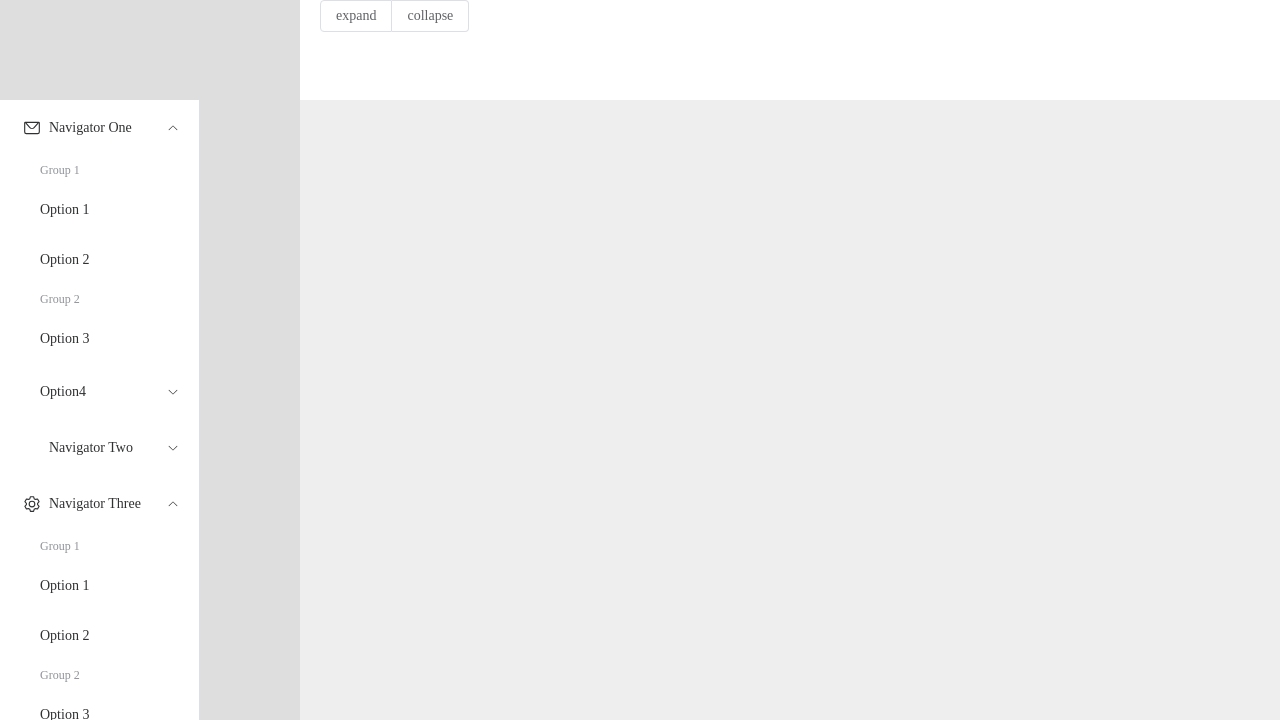
Repository: secret47/test-office-demo
Page: /dashboard
The author's editor kept a copy of each file at every save. The page is drawn from the files as they stood at one save, then again after the next save.
The browser window is 1280 px wide. The pictures show the whole page.
The project was rebuilt for these pictures with package versions that can differ from the ones it lists, and the page was loaded fresh each time. Also part of the build but not shown: vite.config.js, src/layouts/components/menu.vue.

Above is the page before, as saved 2024-10-28 16:41:07.

### src/main.js
import { createApp } from 'vue'
import '@/style/main.scss'
import App from './App.vue'
import router from './router'

import lang from "./local"


import ElementPlus from "element-plus";
import 'element-plus/dist/index.css'
import * as ElementPlusIconsVue from '@element-plus/icons-vue'

const app = createApp(App);

for (const [key, component] of Object.entries(ElementPlusIconsVue)) {
    app.component(key, component)
}

app.use(lang)
app.use(ElementPlus)
app.use(router)
app.mount('#app')

### src/style/main.scss
* {
    padding: 0;
    margin: 0;
}

html,
body {
    width: 100%;
    height: 100%;
    background: #ffffff;
}

#app {
    width: 100%;
    height: 100%;
}

### src/App.vue
<template>
  <!-- <div> -->
    <router-view />
  <!-- </div> -->
</template>

### src/router/index.js
import { createRouter, createWebHistory } from 'vue-router'
import layouts from "../layouts/index.vue"

const routes = [
    {
        path: '/',
        name: 'Login',
        component: () => import('@/views/login.vue'),
    },
    // 其他路由...
    {
        path: "/dashboard",
        name: "Dashboard",
        component: layouts,
        meta: {
            title: "控制中心"
        },
        children: [
            {
                path: "/",
                name: "basic",
                meta: {
                    title: "基础管理"
                },
                component: () => import("@/views/dashboard/basic/index.vue")

            }
        ]
    }
]

const router = createRouter({
    history: createWebHistory(),
    routes
})

export default router

### src/local/index.js
import { createI18n } from "vue-i18n";

import message from "./language"
const i18n = createI18n({
    locale: "zh",
    fallbackLocale: "zh",
    messages: message
})

export default i18n;

### src/layouts/index.vue
<template>
    <div class="layout">
        <el-container>
            <el-aside width="300px" class="side">
                <div class="logo"></div>
                <el-menu class="menu" :default-openeds="['1', '3']" :collapse="isCollapse">
                    <el-sub-menu index="1">
                        <template #title>
                            <el-icon>
                                <message />
                            </el-icon>Navigator One
                        </template>
                        <el-menu-item-group>
                            <template #title>Group 1</template>
                            <el-menu-item index="1-1">Option 1</el-menu-item>
                            <el-menu-item index="1-2">Option 2</el-menu-item>
                        </el-menu-item-group>
                        <el-menu-item-group title="Group 2">
                            <el-menu-item index="1-3">Option 3</el-menu-item>
                        </el-menu-item-group>
                        <el-sub-menu index="1-4">
                            <template #title>Option4</template>
                            <el-menu-item index="1-4-1">Option 4-1</el-menu-item>
                        </el-sub-menu>
                    </el-sub-menu>
                    <el-sub-menu index="2">
                        <template #title>
                            <el-icon><icon-menu /></el-icon>Navigator Two
                        </template>
                        <el-menu-item-group>
                            <template #title>Group 1</template>
                            <el-menu-item index="2-1">Option 1</el-menu-item>
                            <el-menu-item index="2-2">Option 2</el-menu-item>
                        </el-menu-item-group>
                        <el-menu-item-group title="Group 2">
                            <el-menu-item index="2-3">Option 3</el-menu-item>
                        </el-menu-item-group>
                        <el-sub-menu index="2-4">
                            <template #title>Option 4</template>
                            <el-menu-item index="2-4-1">Option 4-1</el-menu-item>
                        </el-sub-menu>
                    </el-sub-menu>
                    <el-sub-menu index="3">
                        <template #title>
                            <el-icon>
                                <setting />
                            </el-icon>Navigator Three
                        </template>
                        <el-menu-item-group>
                            <template #title>Group 1</template>
                            <el-menu-item index="3-1">Option 1</el-menu-item>
                            <el-menu-item index="3-2">Option 2</el-menu-item>
                        </el-menu-item-group>
                        <el-menu-item-group title="Group 2">
                            <el-menu-item index="3-3">Option 3</el-menu-item>
                        </el-menu-item-group>
                        <el-sub-menu index="3-4">
                            <template #title>Option 4</template>
                            <el-menu-item index="3-4-1">Option 4-1</el-menu-item>
                        </el-sub-menu>
                    </el-sub-menu>
                </el-menu>
            </el-aside>
            <el-container class="container">
                <el-header>
                    <el-radio-button :label="false">expand</el-radio-button>
                    <el-radio-button :label="true">collapse</el-radio-button>
                </el-header>
                <el-main>
                    <router-view></router-view>
                </el-main>
            </el-container>
        </el-container>
    </div>
</template>

<script setup>
import menu from './components/menu.vue';
import { ref } from "vue"
const isCollapse = ref(false)
</script>

<style lang="scss" scoped>
.layout {
    width: 100%;
    height: 100%;

    .el-container {
        width: 100%;
        height: 100%;
    }

    .side {
        height: 100%;
        background: #dedede;

        .logo {
            width: 100%;
            height: 100px;
        }
    }

    .menu:not(.el-menu--collapse) {
        width: 200px;
        min-height: 400px;
    }

    .container {
        width: calc(100% - 300px);
        height: 100%;

        .el-header {
            width: 100%;
            height: 100px;
            background: #ffffff;
        }

        .el-main {
            background: #eeeeee;
        }
    }
}
</style>

### src/local/language/index.js
import zh from "./zh"
import en from "./en"

export default {
    ...en,
    ...zh
}

### src/local/language/zh.js
export default{
    zh:{
        title:"后台管理系统",
        login:"登录",
        username:"用户名",
        password:"密码",
        remember:"记住密码",
        forget:"忘记密码",
    }
}

### src/local/language/en.js
export default{
    en:{
        title:"system management"
    }
}

Loaded but not shown: index.html (common file)

After the next save:
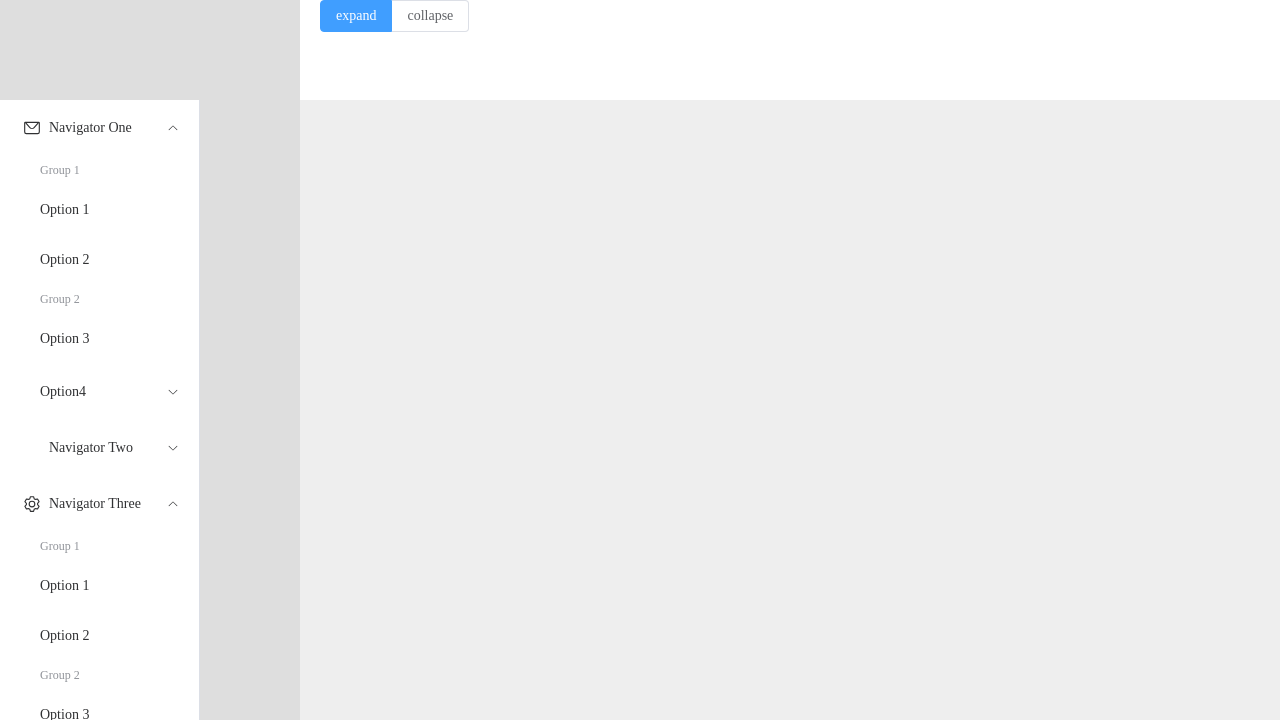
Saved 37 s later.
--- a/src/layouts/index.vue
+++ b/src/layouts/index.vue
@@ -63,8 +63,10 @@
             </el-aside>
             <el-container class="container">
                 <el-header>
-                    <el-radio-button :label="false">expand</el-radio-button>
-                    <el-radio-button :label="true">collapse</el-radio-button>
+                    <el-radio-group v-model="isCollapse" style="margin-bottom: 20px">
+                        <el-radio-button :label="false">expand</el-radio-button>
+                        <el-radio-button :label="true">collapse</el-radio-button>
+                    </el-radio-group>
                 </el-header>
                 <el-main>
                     <router-view></router-view>
